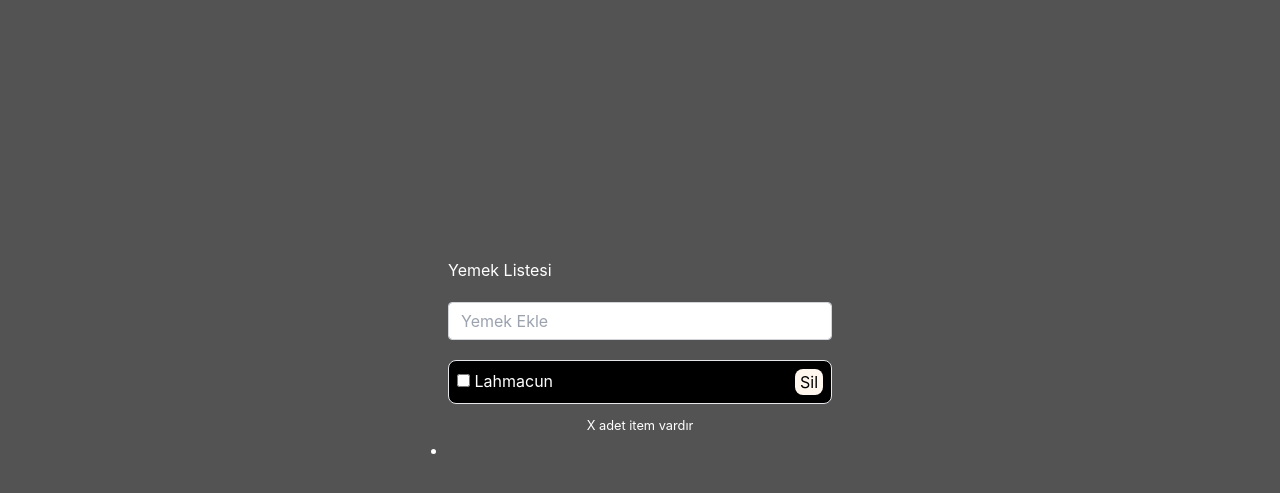
Repository: muratyildiz63/Composition-API-Nedir-todo-list
Page: /
These files come from the project's save history. The page is drawn as it stood at one moment and after the next save; the edit follows.
The browser window is 1280 px wide. The pictures show the whole page.
The project was rebuilt for these pictures with package versions that can differ from the ones it lists, and the page was loaded fresh each time. Also part of the build but not shown: vite.config.js, src/components/summary.vue.

Above is the page before, as saved 2022-08-18 19:59:25.

After the next save:
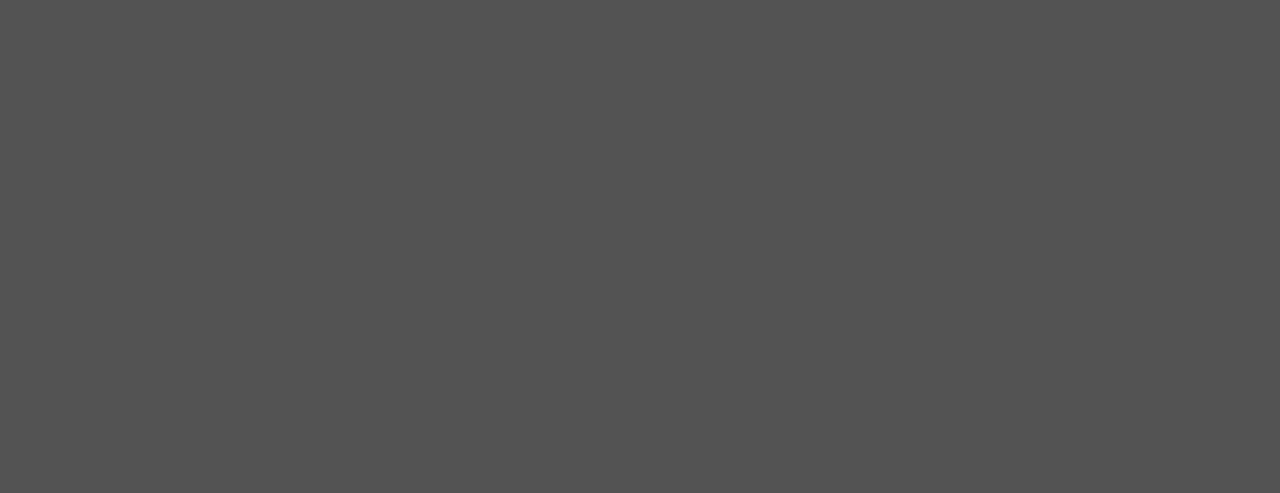
Console error: TypeError: Cannot read properties of undefined (reading 'lengt')
Saved 14 s later.
--- a/src/components/todoList.vue
+++ b/src/components/todoList.vue
@@ -2,7 +2,7 @@
   <div class="flex justify-center">
     <div class="rounded-lg w-96">
       <TodoListItem v-for="food in foodList" :key="food.id" :item="food" />
-      <small>X adet item vardır</small>
+      <small>{{todoList.lengt}} adet item vardır</small>
       <summary />
     </div>
   </div>

After the 3 saves that followed:
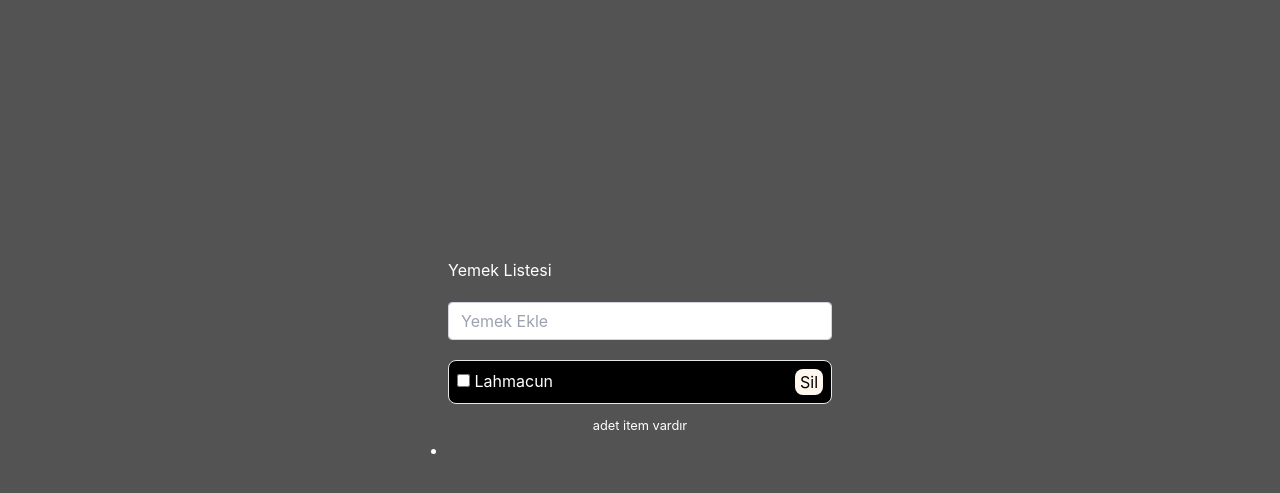
The error is gone.
The 3 saves are shown as one change because 2 left the picture as it was.
The last was saved 25 s later.
--- a/src/components/todoList.vue
+++ b/src/components/todoList.vue
@@ -2,7 +2,7 @@
   <div class="flex justify-center">
     <div class="rounded-lg w-96">
       <TodoListItem v-for="food in foodList" :key="food.id" :item="food" />
-      <small>{{todoList.lengt}} adet item vardır</small>
+      <small>{{foodList.lengt}} adet item vardır</small>
       <summary />
     </div>
   </div>
@@ -19,9 +19,8 @@
     summary,
   },
 
-
   setup(props){
-const todoList = computed(()=>props.todoList)
+      const foodList = computed(()=>props.foodList)
 
   }
 };
